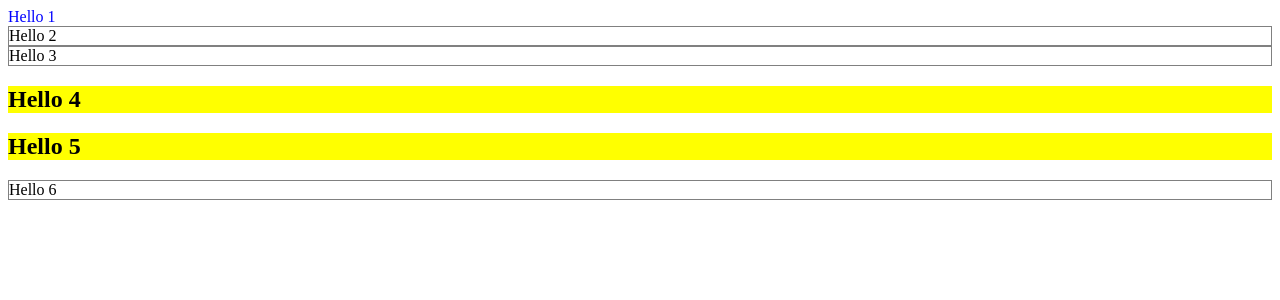
Repository: iyhong/spring_openAPI_lecture
Page: jquerytest/WebContent/jquery1.html
The author's editor kept a copy of each file at every save. The page is drawn from the files as they stood at one save, then again after the next save.
The browser window is 1280 px wide. The pictures show the whole page.

Above is the page before, as saved 2021-06-02 02:08:29.

### jquerytest/WebContent/jquery1.html
<!DOCTYPE html>
<html>
<head>
<meta charset="utf-8">
<title>Insert title here</title>
<script type="text/javascript" src="https://code.jquery.com/jquery.js"></script>
<script type="text/javascript">
$(function() {
	/* $("#a").css("color","blue") */
	$("div#a").css("color", "blue")
	$("h2").css("background-color", "yellow")
	$(".test").css("border", "solid 1px gray")
})
</script>
</head>
<body>
	<div id="root">
		<div id="a">Hello 1</div>
		<div class="test">Hello 2</div>
		<div class="test  main">Hello 3</div>
		<h2>Hello 4</h2>
		<h2 id="a">Hello 5</h2>
	</div>
	<div id="other">
		<div class="test">Hello 6</div>
	</div>
</body>
</html>

After the next save:
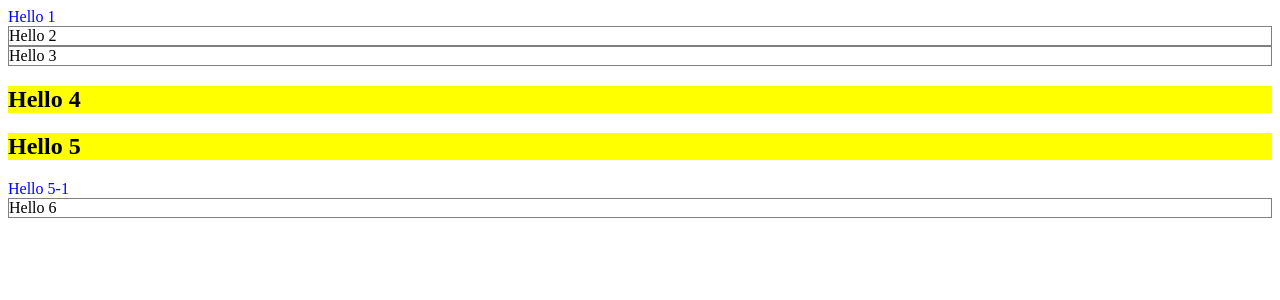
Saved 14 s later.
--- a/jquerytest/WebContent/jquery1.html
+++ b/jquerytest/WebContent/jquery1.html
@@ -20,6 +20,7 @@ $(function() {
 		<div class="test  main">Hello 3</div>
 		<h2>Hello 4</h2>
 		<h2 id="a">Hello 5</h2>
+		<div id="a">Hello 5-1</div>
 	</div>
 	<div id="other">
 		<div class="test">Hello 6</div>
